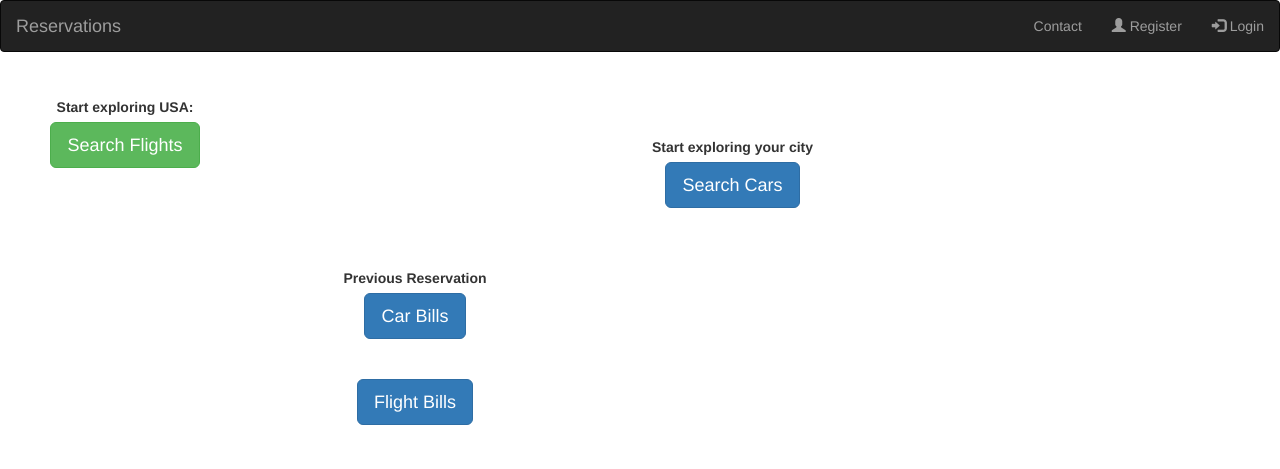
Repository: svnsiva/final-project
Page: http://localhost/flights-car-reservation/WEB-INF/pages/account.jsp
These files come from the project's save history. The page is drawn as it stood at one moment and after the next save; the edit follows.
The browser window is 1280 px wide. The pictures show the whole page.
Some web libraries are served in a nearby version. The page is served by Tomcat 9. Nobody is signed in. Other server files are loaded and not shown. The template is opened directly, without the code that normally fills it, so the values that code supplies are empty.

Above is the page before, as saved 2017-08-06 00:22:17.

### flights-car-reservation/src/main/webapp/WEB-INF/pages/account.jsp
<%@ page language="java" contentType="text/html; charset=ISO-8859-1"
    pageEncoding="ISO-8859-1"%>
    <%@taglib uri="http://java.sun.com/jsp/jstl/core" prefix="c"%>
<%@taglib uri="http://www.springframework.org/tags/form" prefix="form" %>
<%@taglib uri="http://www.springframework.org/tags" prefix="spring" %>
<!DOCTYPE html PUBLIC "-//W3C//DTD HTML 4.01 Transitional//EN" "http://www.w3.org/TR/html4/loose.dtd">
<html>
<head>
<meta http-equiv="Content-Type" content="text/html; charset=ISO-8859-1">
<title>Insert title here</title>
  <link rel="stylesheet" href="https://maxcdn.bootstrapcdn.com/bootstrap/3.3.7/css/bootstrap.min.css">
  <script src="https://ajax.googleapis.com/ajax/libs/jquery/3.2.1/jquery.min.js"></script>
  <script src="https://maxcdn.bootstrapcdn.com/bootstrap/3.3.7/js/bootstrap.min.js"></script>
</head>
<body>

<style>
body{
/* background:url("http://kennethsurat.com/wp-content/uploads/2014/12/EXPLORE-DREAM-DISCOVER.jpg"); */
background-repeat:no-repeat;
background-size:cover;
}
.cen{

float:left;

}

html, body {
    height: 100%;
    margin: 0;
}

#left {
    width:220px;
    margin: 5px;
}
#center {
    margin: 5px 0;
    width: calc(100% - 460px);
}
#right {
    margin: 5px;
    width: 220px;
}

</style>
<nav class="navbar navbar-inverse">
  <div class="container-fluid">
    <div class="navbar-header">
      <a class="navbar-brand">Reservations</a>
    </div>

    <ul class="nav navbar-nav navbar-right">
    	 <li><a href="${pageContext.request.contextPath}/contact">Contact</a></li>
      <li><a href="${pageContext.request.contextPath}/register"><span class="glyphicon glyphicon-user"></span> Register</a></li>
   <li><a href="${pageContext.request.contextPath}/login"><span class="glyphicon glyphicon-log-in"></span> Login</a></li>
    </ul>
  </div>
</nav>

 <div class="media">
    <div class="media-left">
     <!--  <img style="margin-left: 50px;" src="https://www.citizenpass.io/themes/citizen-pass/img/process-login.png" class="media-object" > -->
    </div>
    <div class="media-body text-center">
      <div><br>
      <div>
      <div style="float:left; width:50%;">
<div id ="left">
    <form class="form" action="${pageContext.request.contextPath}/search" method="get">
   <div class="cen">
    <label for="name">Start exploring USA:</label>

	<button type="submit" class="btn btn-success btn-lg">Search Flights</button>
	</div>
	</form>
	</div>
      </div>
   <br><br>
   <div id ="center">
   <form class="form" action="${pageContext.request.contextPath}/cars" method="get">
	<div>
    <label for="name">Start exploring your city</label>
	<button type="submit" class="btn btn-primary btn-lg">Search Cars</button>
	</div></form>
	<br><br><br>
    <div>
    </div>

    <label for="name">Previous Reservation</label>
    <form class="form-horizontal" action="${pageContext.request.contextPath}/carbills" method="get">

	<button type="submit" class="btn btn-primary btn-lg">Car Bills</button>

	</form>
	<br><br>
	<form class="form-horizontal" action="${pageContext.request.contextPath}/flightbills" method="get">

	<button type="submit" class="btn btn-primary btn-lg">Flight Bills</button>

	</form>
	</div>
      </div>
    </div>
    </div>
  </div>

</body>
</html>

After the next save:
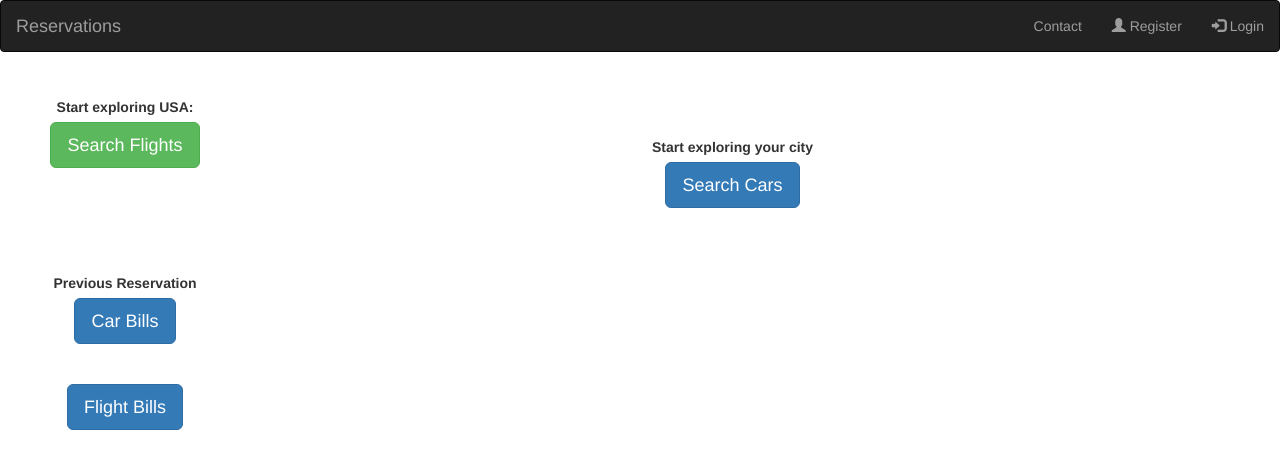
Saved 66 s later.
--- a/flights-car-reservation/src/main/webapp/WEB-INF/pages/account.jsp
+++ b/flights-car-reservation/src/main/webapp/WEB-INF/pages/account.jsp
@@ -87,7 +87,7 @@ html, body {
 	<br><br><br>
     <div>
     </div>
-
+    <div id ="right">
     <label for="name">Previous Reservation</label>
     <form class="form-horizontal" action="${pageContext.request.contextPath}/carbills" method="get">
 
@@ -101,6 +101,7 @@ html, body {
 
 	</form>
 	</div>
+	</div>
       </div>
     </div>
     </div>
